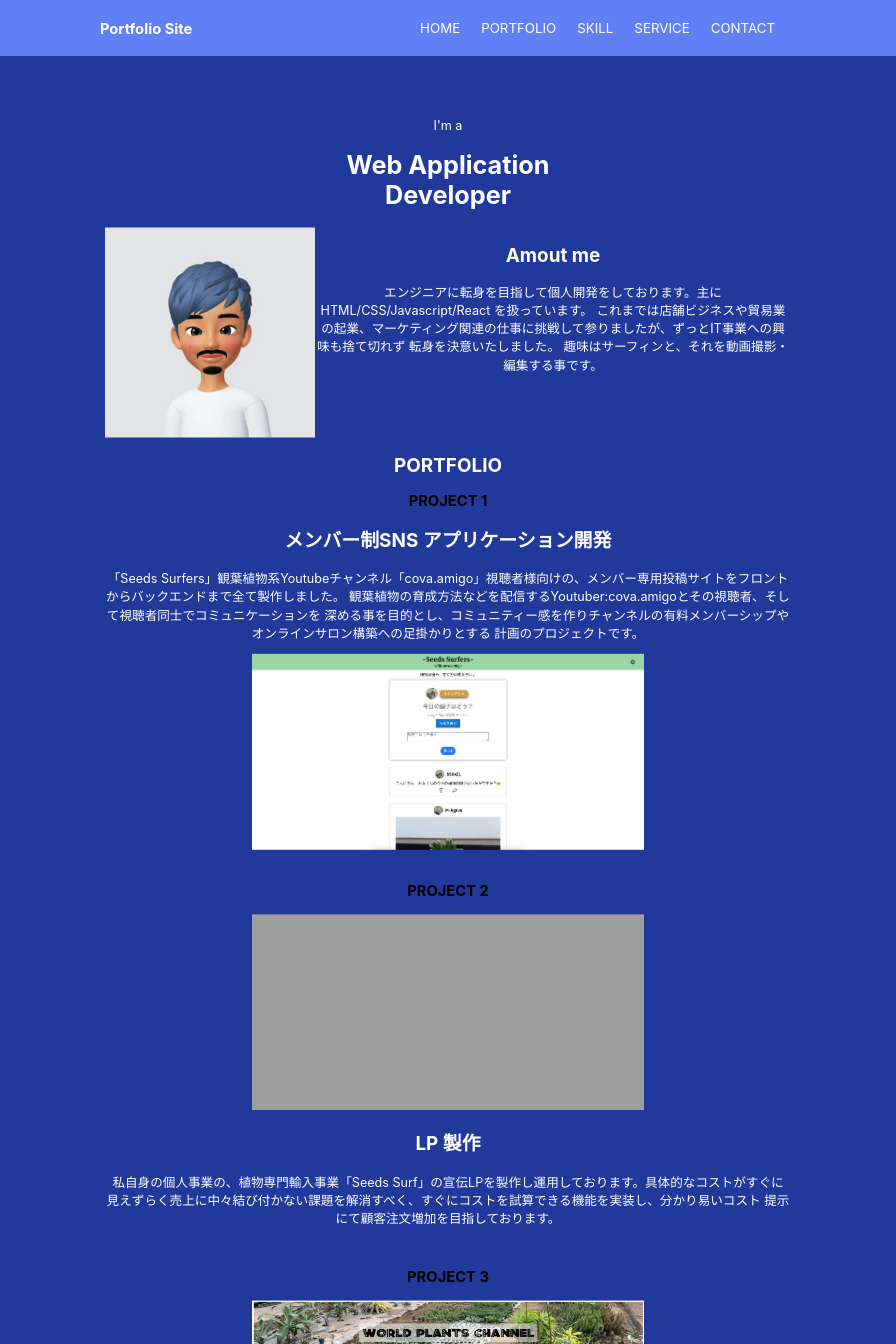
Repository: Seiya00002/my-portfolio-website2
Page: /
The author's editor kept a copy of each file at every save. The page is drawn from the files as they stood at one save, then again after the next save.
The browser window is 1280 px wide. The pictures show the part of the page from y = 0 to 1920 px (the page is 3727 px tall before and 3840 px after), at 70% of full size.
Pictures or frames that could not be fetched are drawn as grey boxes. The project was rebuilt for these pictures with package versions that can differ from the ones it lists, and the page was loaded fresh each time.

Above is the page before, as saved 2023-09-24 05:31:22.

### src/index.css
body {
  margin: 0;
  font-family: -apple-system, BlinkMacSystemFont, 'Segoe UI', 'Roboto', 'Oxygen',
    'Ubuntu', 'Cantarell', 'Fira Sans', 'Droid Sans', 'Helvetica Neue',
    sans-serif;
  -webkit-font-smoothing: antialiased;
  -moz-osx-font-smoothing: grayscale;
  background-color: rgb(33, 57, 155);
}

code {
  font-family: source-code-pro, Menlo, Monaco, Consolas, 'Courier New',
    monospace;
}

### src/App.tsx
import React from 'react';
import logo from './logo.svg';
import './App.css';
import Header from './Components/Header';
import Homepage from './Components/Homepage';
import Footer from './Components/Footer';

function App() {
  return (
    <div className="App">
      <Header />
      <Homepage />
      <Footer />
    </div>
  );
}

export default App;

### src/App.css
.App {
  text-align: center;
  font-size: 18px;
  height: 100vh;
  width: 100%;
}

h1, h2, p {
  color: white;
}

.header {
  height: 80px;
  display: flex;
  justify-content: space-around;
  align-items: center;
  width: 100%;
  color: white;
  position: fixed;
  background-color: rgb(98, 128, 246);
  z-index: 10;
}

nav ul li {
  list-style: none;
  display: inline-block;
  margin-right: 30px;
}

nav ul li a {
  font-size: 19px;
  color: white;
  text-decoration: none;
  transition: all 0.2s;
}

nav ul li a:hover {
  color: rgb(36, 89, 250);
}

.container {
  padding: 150px;
}

#about-me {
  display: flex;
  width: 100%;
}

.about-me img {
  height: 300px;
  width: 300px;
}

.left-contents img {
  width: 560px;
  height: 280px;
}

.tech-icon {
  width: 80px;
  height: 80px;
}

.tech-icon img {
  width: 100%;
  height: 100%;

}

.skill-section {
  display: flex;
}

.service-title img {
  width: 50px;
  height: 50px;
}

#contact {
  background: rgb(113, 135, 246);
  border-radius: 10px;
}

.footer {
  height: 110px;
  width: 100%;
  justify-content: center;
  align-items: center;
  background-color: rgb(113, 135, 246);
  border-top: rgb(196, 204, 244);
}

.footer p {
  padding-top: 40px;
  font-size: small;
}

### src/Components/Header.tsx
import React from 'react'

const Header = () => {
  return (
    <div className='header'>
        <h3>Portfolio Site</h3>
        <nav>
            <ul>
                <li>
                    <a href='#top'>HOME</a>
                </li>
                <li>
                    <a href='#portfolio'>PORTFOLIO</a>
                </li>
                <li>
                    <a href='#skill'>SKILL</a>
                </li>
                <li>
                    <a href='#service'>SERVICE</a>
                </li>
                <li>
                    <a href='#contact'>CONTACT</a>
                </li>
            </ul>
        </nav>
    </div>
  )
}

export default Header

### src/Components/Homepage.tsx
import React from 'react'

const Homepage = () => {
  return (
    <div className='container'>
        <p className='title'>I'm a</p>
        <h1>Web Application<br></br> Developer</h1>
        <div className='about-me' id='about-me'>
            <img src='/image/m-drawing.jpg' alt='profile-image' />
            <div className='right-contents'>
                <h2>Amout me</h2>
                <p>エンジニアに転身を目指して個人開発をしております。主にHTML/CSS/Javascript/React を扱っています。
                これまでは店舗ビジネスや貿易業の起業、マーケティング関連の仕事に挑戦して参りましたが、ずっとIT事業への興味も捨て切れず
                転身を決意いたしました。
                趣味はサーフィンと、それを動画撮影・編集する事です。</p>
            </div>
        </div>

        <div id='portfolio'>
            <h2>PORTFOLIO</h2>
            <div className='project'>
                <div className='left-contents'>
                    <h3>PROJECT 1</h3>
                    <h2>メンバー制SNS アプリケーション開発</h2>
                    <p>「Seeds Surfers」観葉植物系Youtubeチャンネル「cova.amigo」視聴者様向けの、メンバー専用投稿サイトをフロント
                        からバックエンドまで全て製作しました。
                        観葉植物の育成方法などを配信するYoutuber:cova.amigoとその視聴者、そして視聴者同士でコミュニケーションを
                        深める事を目的とし、コミュニティー感を作りチャンネルの有料メンバーシップやオンラインサロン構築への足掛かりとする
                        計画のプロジェクトです。
                    </p>
                    <img src='/image/seeds-surfers-image.png'
                    alt='Seeds-Surfers-image'
                    />
                </div>
                <img src='' alt=''/>
            </div>
            <div className='project'>
                <div className='left-contents'>
                    <h3>PROJECT 2</h3>
                    <img src='/image/seeds-surf-lp-image.png'
                    alt='Seeds-Surf-lp-image'
                    />
                    <h2>LP 製作</h2>
                    <p>私自身の個人事業の、植物専門輸入事業「Seeds Surf」の宣伝LPを製作し運用しております。具体的なコストがすぐに
                        見えずらく売上に中々結び付かない課題を解消すべく、すぐにコストを試算できる機能を実装し、分かり易いコスト
                        提示にて顧客注文増加を目指しております。
                    </p>
                </div>
                <img src='' alt=''/>
            </div>
            <div className='project'>
                <div className='left-contents'>
                    <h3>PROJECT 3</h3>
                    <img src='/image/youtube-image.png'
                    alt='movie-project-image'
                    />
                    <h2>動画製作</h2>
                    <p>Youtubeチャンネルを立ち上げから、撮影、編集、分析を含む運営を約2年間行いました。チャンネル登録者は約8千人、
                        販売売上80%増を達成しました。ニッチな分野のジャンルで、無名の状態から業界では知られた存在となり、人気を
                        獲得し売り上げにつながりました。テレビ風の面白おかしい、サボテン系植物の解説系動画チャンネルです。
                    </p>
                </div>
                <img src='' alt=''/>
            </div>

        </div>

        <div id='skill'>
            <h2>SKILL</h2>
            <div className='skill-section'>
                <div className='tech-icon'>
                    <img src='/image/html-5-icon.svg' />
                    <p>HTML</p>
                </div>
                <div className='tech-icon'>
                    <img src='/image/css-3-icon.svg' />
                    <p>CSS</p>
                </div>
                <div className='tech-icon'>
                    <img src='/image/javascript-icon.svg' />
                    <p>Javascript</p>
                </div>
                <div className='tech-icon'>
                    <img src='/image/react-icon.svg' />
                    <p>React.JS</p>
                </div>
                <div className='tech-icon'>
                    <img src='/image/typescript-icon.svg' />
                    <p>Typescript</p>
                </div>
                <div className='tech-icon'>
                    <img src='/image/firebase-icon.svg' />
                    <p>Firebase</p>
                </div>
                <div className='tech-icon'>
                    <img src='/image/nodejs-icon.svg' />
                    <p>Node.JS</p>
                </div>
                <div className='tech-icon'>
                    <img src='/image/adobe-premiere-icon.svg' />
                    <p>Adobe preiere pro</p>
                </div>
            </div>
        </div>

        <div id='service'>
            <h2>SERVICE</h2>
            <div className='service-description'>
                <div className='service-box'>
                    <div className='service-title'>
                        <img src='/image/memo-app-icon.svg' />
                        <h2>Web Application 開発</h2>
                    </div>
                    <p>Javascript, React.js を用いたSNS等のWEBアプリケーションの開発</p>
                </div>
                <div className='service-box'>
                <div className='service-title'>
                        <img src='/image/memo-app-icon.svg' />
                        <h2>Website 開発</h2>
                    </div>
                    <p>Javascriptを用いた機能付きのWebサイトや、React.jsによる本格的なWebサイトをHTML,CSSの編集を含めご対応いたします。</p>
                </div>
                <div className='service-box'>
                <div className='service-title'>
                        <img src='/image/memo-app-icon.svg' />
                        <h2>Web Marketing support</h2>
                    </div>
                    <p>LP製作から、Web広告、SNS運用、そしてマーケティング戦略立案をサポートいたします。</p>
                </div>
                <div className='service-box'>
                <div className='service-title'>
                        <img src='/image/memo-app-icon.svg' />
                        <h2>動画製作</h2>
                    </div>
                    <p>Youtube, SNS向け動画製作の企画、撮影、編集作業を行なっております。Adobe premiere pro, filmoraソフトご対応しております。</p>
                </div>
            </div>
        </div>
        <div id='contact'>
            <h2>CONTACT</h2>
            <div className='contact-section'>
                <form>
                    <label>
                        名前:
                        <input
                            type='text'
                            required
                        />
                    </label>
                    <label>
                        Email:
                        <input
                            type='text'
                            required
                        />
                    </label>
                    <label>
                        メッセージ:
                        <textarea

                            required
                        ></textarea>
                    </label>
                    <button type='submit'>送信</button>
                </form>
            </div>
        </div>

    </div>
  )
}

export default Homepage

### src/Components/Footer.tsx
import React from 'react'

const Footer = () => {
  return (
        <div className='footer'>
            <p>CopyRight@Matsumoto</p>
        </div>  )
}

export default Footer

Loaded but not shown: public/index.html (common file); src/index.tsx (common file); src/reportWebVitals.ts (common file)

After the next save:
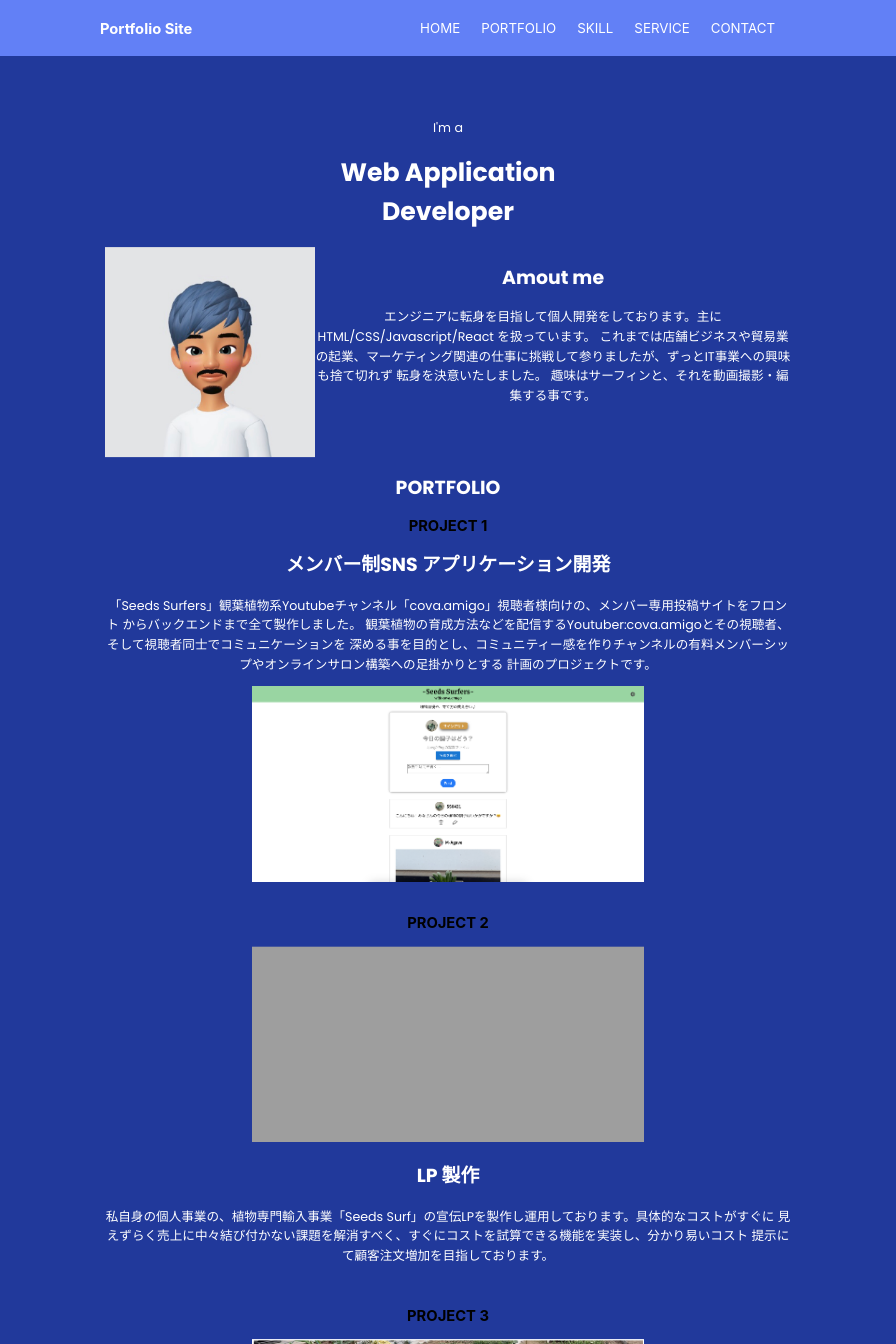
Saved 20 min 27 s later.
--- a/src/App.css
+++ b/src/App.css
@@ -1,3 +1,7 @@
+@import url('https://fonts.googleapis.com/css2?family=Philosopher:wght@700&family=Poppins:wght@300;400;500;600;700&display=swap');
+
+
+
 .App {
   text-align: center;
   font-size: 18px;
@@ -7,6 +11,7 @@
 
 h1, h2, p {
   color: white;
+  font-family: 'Poppins', sans-serif;
 }
 
 .header {
